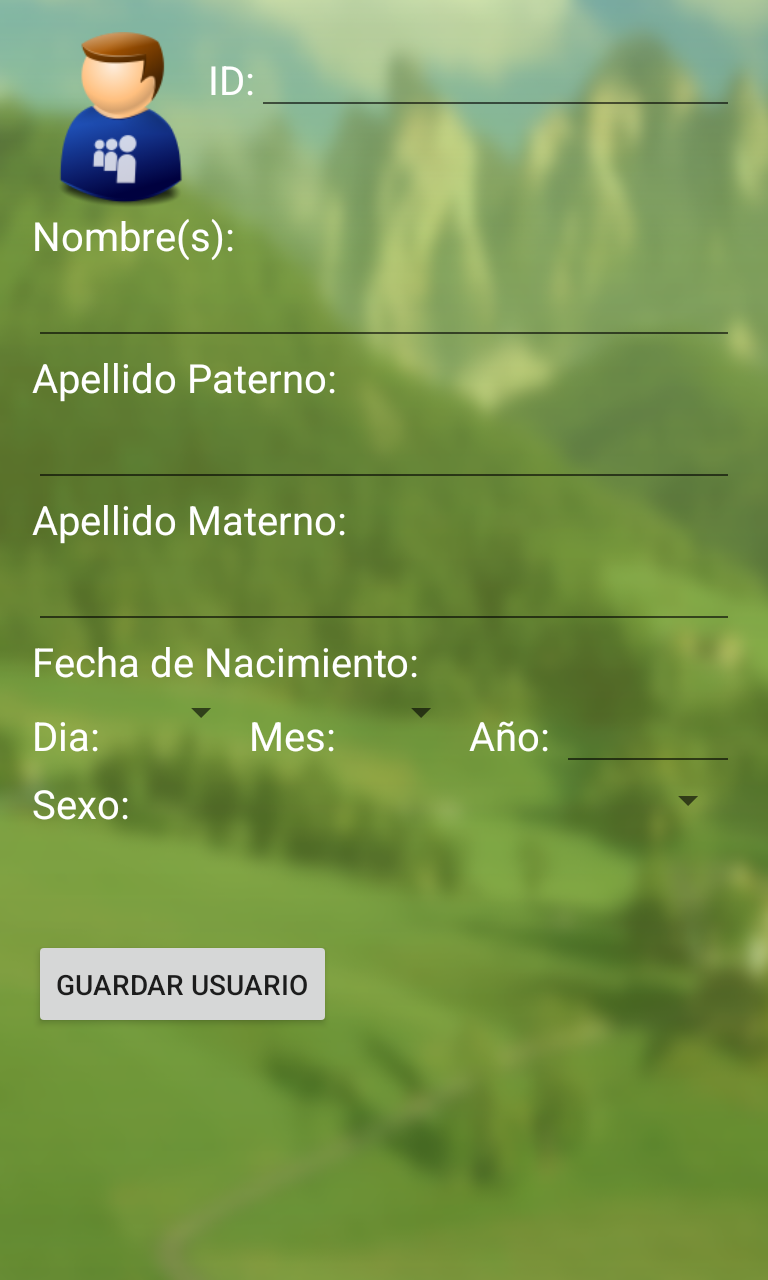
Repository: AntonioloNeviani/ProyectoDeInvestigacion_Android
Layout: FiliiStude/res/layout/activity_nuevo_usuario.xml
An editor plug-in stored every save of this project. The layout is shown before and after the next save, followed by the edit.
It is drawn on a 768 x 1280 px phone screen (xhdpi) without system bars, with theme AppTheme; the app's code is not run.

Above is the layout before, as saved 2015-05-26 17:45:17.

### FiliiStude/res/layout/activity_nuevo_usuario.xml
<RelativeLayout xmlns:android="http://schemas.android.com/apk/res/android"
    xmlns:tools="http://schemas.android.com/tools"
    android:layout_width="match_parent"
    android:layout_height="match_parent"
    android:background="@drawable/fondo4"
    android:paddingBottom="@dimen/activity_vertical_margin"
    android:paddingLeft="@dimen/activity_horizontal_margin"
    android:paddingRight="@dimen/activity_horizontal_margin"
    android:paddingTop="@dimen/activity_vertical_margin"
    tools:context="com.filii.filiistude.NuevoUsuario" >

    <ScrollView
        android:id="@+id/scrollView1"
        android:layout_width="match_parent"
        android:layout_height="match_parent" >

        <LinearLayout
            android:layout_width="match_parent"
            android:layout_height="match_parent"
            android:orientation="vertical" >

            <LinearLayout
                android:layout_width="match_parent"
                android:layout_height="wrap_content" >

                <ImageView
                    android:id="@+id/imageView1"
                    android:layout_width="88dp"
                    android:layout_height="88dp"
                    android:src="@drawable/usuario" />

                <TextView
                    android:id="@+id/textView2"
                    android:layout_width="wrap_content"
                    android:layout_height="wrap_content"
                    android:text="ID:"
                    android:textColor="#FFFFFF"
                    android:textSize="20sp" />

                <EditText
                    android:id="@+id/editID"
                    android:layout_width="wrap_content"
                    android:layout_height="wrap_content"
                    android:layout_weight="1"
                    android:inputType="number"
                    android:textColor="#FFFFFF"
                    android:textSize="20sp" />
            </LinearLayout>

            <TextView
                android:id="@+id/textView1"
                android:layout_width="wrap_content"
                android:layout_height="wrap_content"
                android:text="Nombre(s): "
                android:textColor="#FFFFFF"
                android:textSize="20sp" />

            <EditText
                android:id="@+id/editNombre"
                android:layout_width="match_parent"
                android:layout_height="wrap_content"
                android:ems="10"
                android:inputType="textPersonName"
                android:textColor="#FFFFFF"
                android:textSize="20sp" />

            <TextView
                android:id="@+id/textView3"
                android:layout_width="wrap_content"
                android:layout_height="wrap_content"
                android:text="Apellido Paterno: "
                android:textColor="#FFFFFF"
                android:textSize="20sp" />

            <EditText
                android:id="@+id/editApaterno"
                android:layout_width="match_parent"
                android:layout_height="wrap_content"
                android:ems="10"
                android:inputType="textPersonName"
                android:textColor="#FFFFFF"
                android:textSize="20sp" />

            <TextView
                android:id="@+id/textView4"
                android:layout_width="wrap_content"
                android:layout_height="wrap_content"
                android:text="Apellido Materno: "
                android:textColor="#FFFFFF"
                android:textSize="20sp" />

            <EditText
                android:id="@+id/editAmaterno"
                android:layout_width="match_parent"
                android:layout_height="wrap_content"
                android:ems="10"
                android:inputType="textPersonName"
                android:textColor="#FFFFFF"
                android:textSize="20sp" />

            <TextView
                android:id="@+id/textView5"
                android:layout_width="wrap_content"
                android:layout_height="wrap_content"
                android:text="Fecha de Nacimiento: "
                android:textColor="#FFFFFF"
                android:textSize="20sp" />

            <LinearLayout
                android:layout_width="match_parent"
                android:layout_height="wrap_content" >

                <TextView
                    android:id="@+id/textView7"
                    android:layout_width="wrap_content"
                    android:layout_height="wrap_content"
                    android:text="Dia: "
                    android:textColor="#FFFFFF"
                    android:textSize="20sp" />

                <Spinner
                    android:id="@+id/spinnerDia"
                    android:layout_width="56dp"
                    android:layout_height="wrap_content"
                    android:layout_weight="1" />

                <TextView
                    android:id="@+id/textView8"
                    android:layout_width="wrap_content"
                    android:layout_height="wrap_content"
                    android:text="Mes: "
                    android:textColor="#FFFFFF"
                    android:textSize="20sp" />

                <Spinner
                    android:id="@+id/spinnerMes"
                    android:layout_width="wrap_content"
                    android:layout_height="wrap_content"
                    android:layout_weight="1" />

                <TextView
                    android:id="@+id/textView9"
                    android:layout_width="wrap_content"
                    android:layout_height="wrap_content"
                    android:text="Año: "
                    android:textColor="#FFFFFF"
                    android:textSize="20sp" />

                <EditText
                    android:id="@+id/editAnno"
                    android:layout_width="74dp"
                    android:layout_height="wrap_content"
                    android:layout_weight="1"
                    android:ems="10"
                    android:inputType="date"
                    android:textColor="#FFFFFF"
                    android:textSize="20sp" />
            </LinearLayout>

            <LinearLayout
                android:layout_width="match_parent"
                android:layout_height="80dp" >

                <TextView
                    android:id="@+id/textView6"
                    android:layout_width="wrap_content"
                    android:layout_height="wrap_content"
                    android:text="Sexo: "
                    android:textColor="#FFFFFF"
                    android:textSize="20sp" />

                <Spinner
                    android:id="@+id/sexo"
                    android:layout_width="120dp"
                    android:layout_height="wrap_content"
                    android:layout_weight="1"
                    android:textColor="#FFFFFF"
                    android:textSize="20sp" />
            </LinearLayout>

            <LinearLayout
                android:layout_width="match_parent"
                android:layout_height="wrap_content" >

                <Button
                    android:id="@+id/btnNuevo"
                    android:layout_width="wrap_content"
                    android:layout_height="wrap_content"
                    android:onClick="onClick"
                    android:text="Guardar Usuario" />

            </LinearLayout>
        </LinearLayout>

    </ScrollView>

</RelativeLayout>

Loaded but not shown: FiliiStude/res/values/styles.xml (common file); FiliiStude/res/values-v11/styles.xml (common file); FiliiStude/res/values-v14/styles.xml (common file); FiliiStude/res/values/dimens.xml (common file); FiliiStude/res/values-w820dp/dimens.xml (common file)

After the next save:
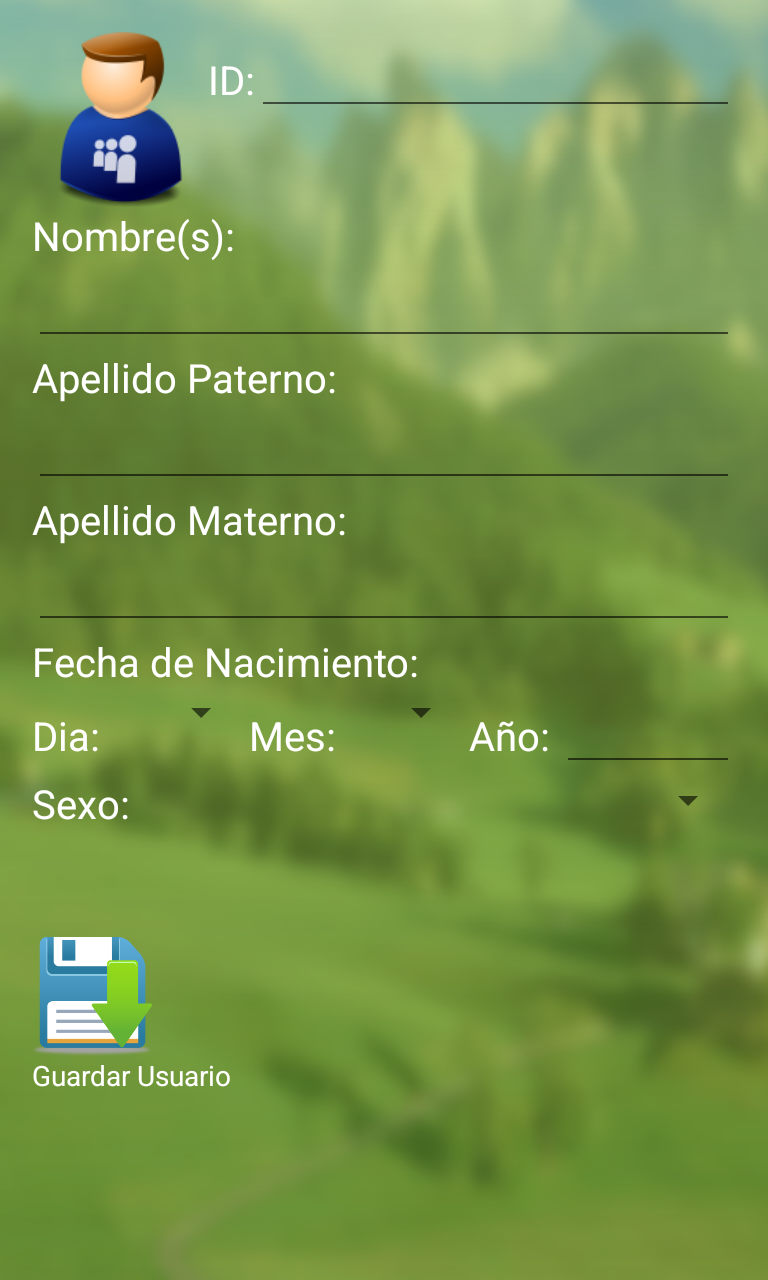
Saved 4 min 36 s later.
--- a/FiliiStude/res/layout/activity_nuevo_usuario.xml
+++ b/FiliiStude/res/layout/activity_nuevo_usuario.xml
@@ -178,16 +178,33 @@
                     android:textSize="20sp" />
             </LinearLayout>
 
-            <LinearLayout
+           <LinearLayout
                 android:layout_width="match_parent"
                 android:layout_height="wrap_content" >
 
-                <Button
-                    android:id="@+id/btnNuevo"
-                    android:layout_width="wrap_content"
-                    android:layout_height="wrap_content"
-                    android:onClick="onClick"
-                    android:text="Guardar Usuario" />
+                <LinearLayout
+                    android:layout_width="wrap_content"
+                    android:layout_height="match_parent"
+                    android:orientation="vertical" >
+
+                    <ImageButton
+                        android:id="@+id/imageButton1"
+                        android:layout_width="60dp"
+                        android:layout_height="60dp"
+                        android:background="@drawable/autosave"
+                        android:onClick="onClick" />
+
+                    <TextView
+                        android:id="@+id/btnNuevo"
+                        android:layout_width="wrap_content"
+                        android:layout_height="wrap_content"
+                        android:textColor="#FFFFFF"
+                        android:onClick="onClick"
+                        android:text="Guardar Usuario" />
+
+                </LinearLayout>
+
+
 
             </LinearLayout>
         </LinearLayout>
